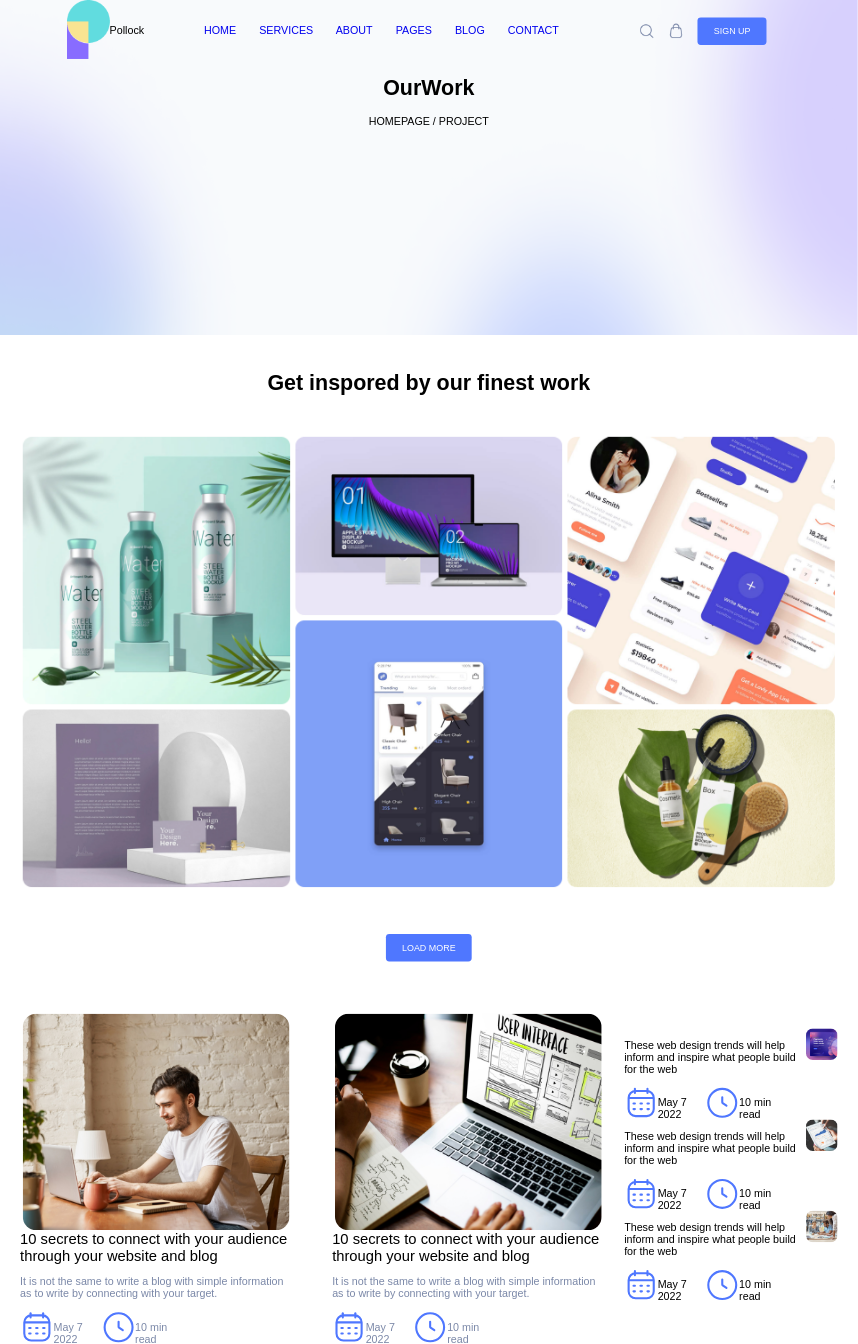
Repository: Nam936/exercises
Page: demo.html
These files come from the project's save history. The page is drawn as it stood at one moment and after a run of saves; the edit follows.
The browser window is 1280 px wide. The pictures show the whole page, at 67% of full size.

Above is the page before, as saved 2023-01-06 16:45:59.

After the next 3 saves:
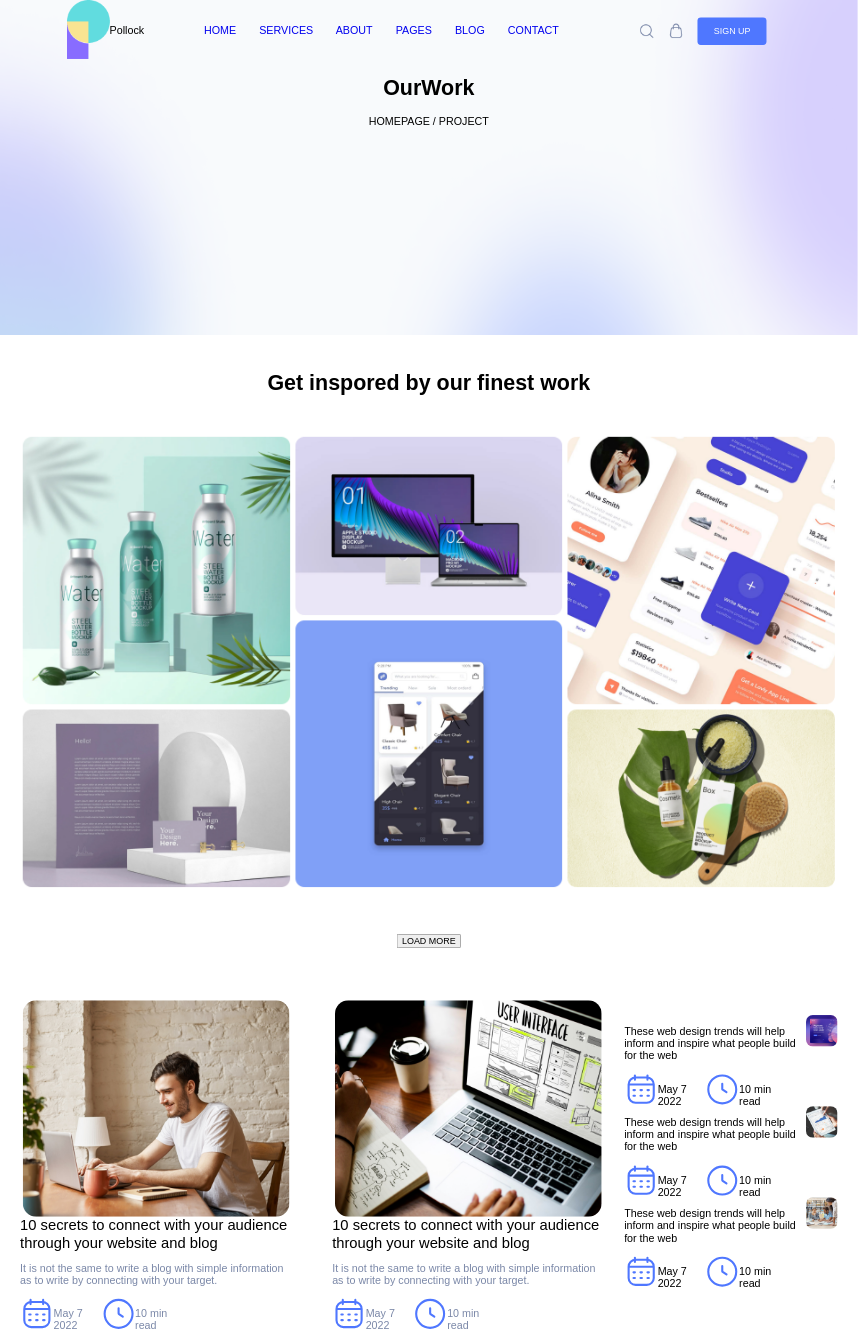
The 3 saves are shown as one change because they came seconds apart.
The last was saved 42 s later.
--- a/style2.css
+++ b/style2.css
@@ -152,7 +152,7 @@
   width: 24px;
   height: 24px;
 }
-
+.btn-sig
 button {
   background-color: #4F77FF;
   border: 0px;

After the save that followed:
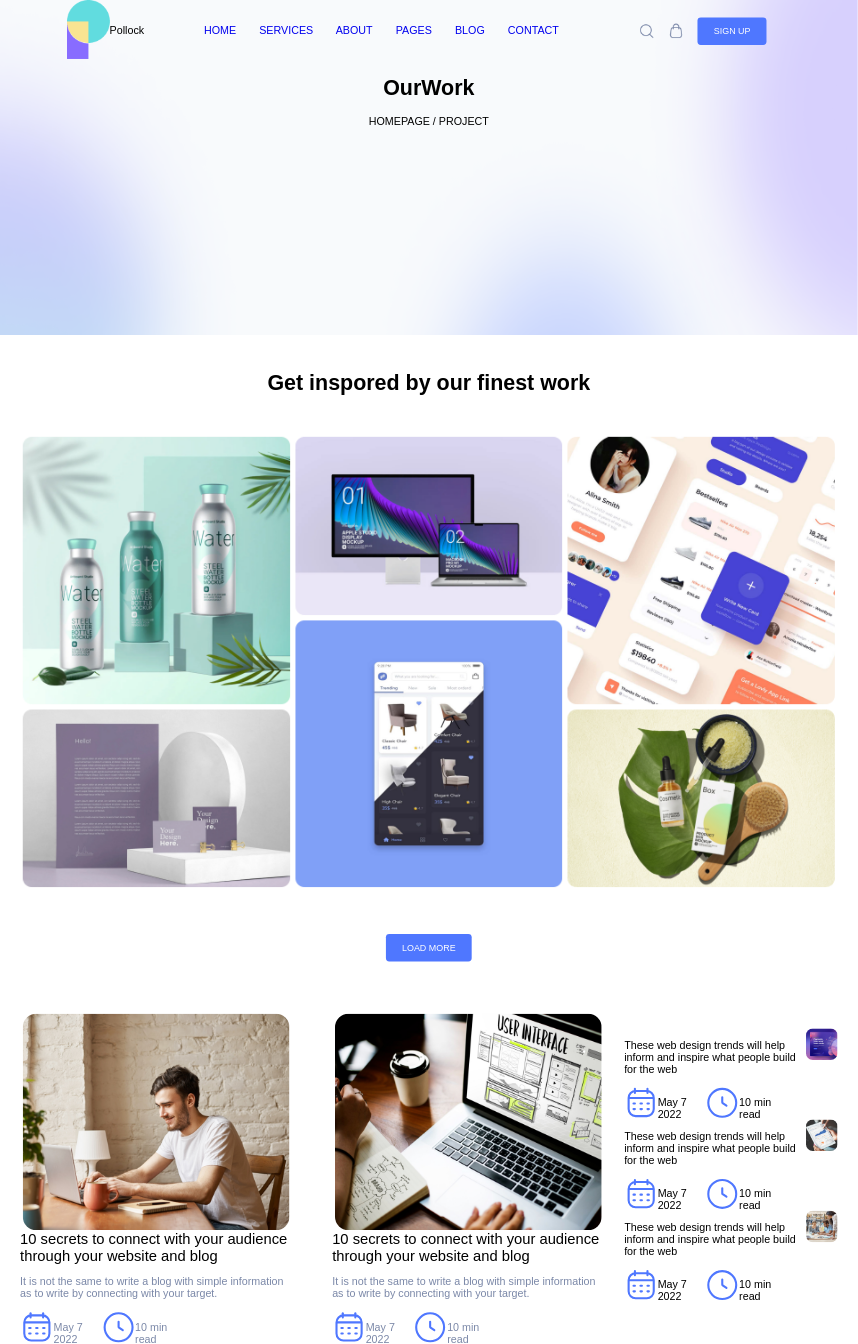
Saved 4 s later.
--- a/style2.css
+++ b/style2.css
@@ -152,7 +152,9 @@
   width: 24px;
   height: 24px;
 }
-.btn-sig
+.btn-sig{
+
+}
 button {
   background-color: #4F77FF;
   border: 0px;
